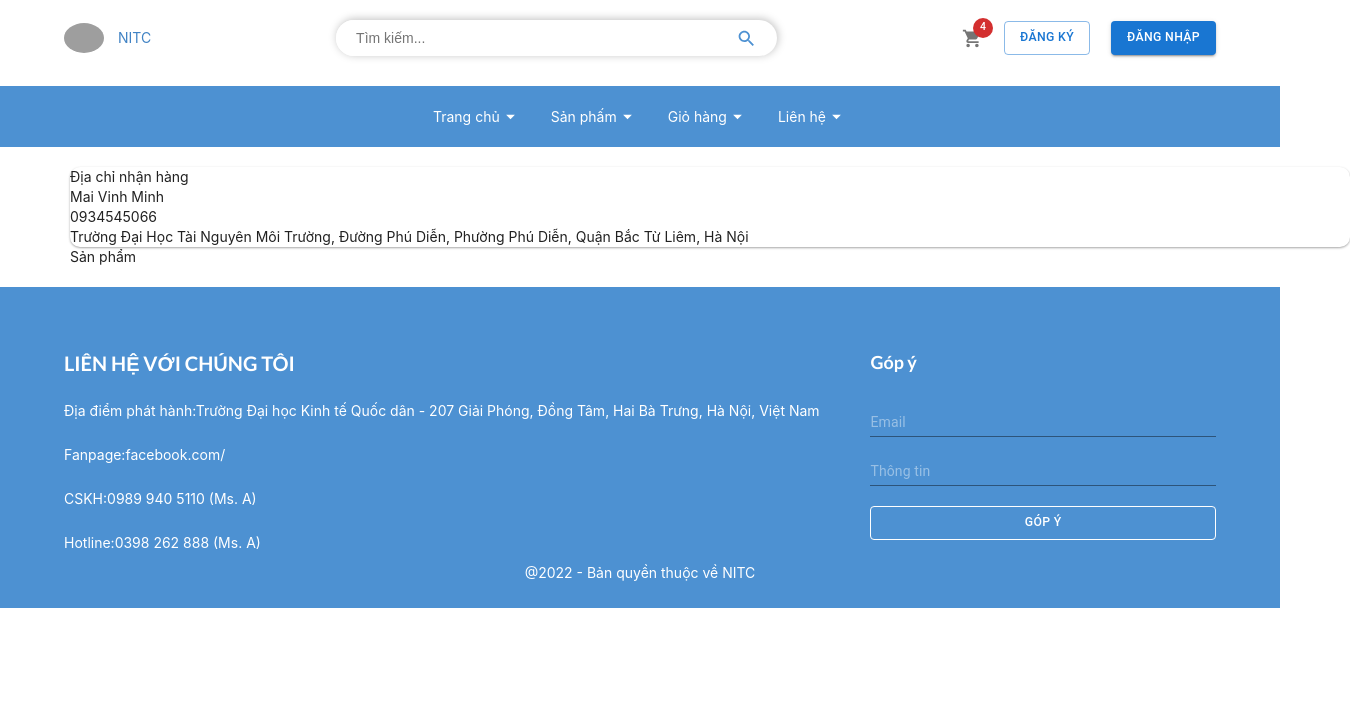
Repository: kohuyso/NEU-Market
Page: /payment (app in client/)
These files come from the project's save history. The page is drawn as it stood at one moment and after the next save; the edit follows.
The browser window is 1280 px wide. The page is 1350 px wide, so the pictures cover 1350 px, including what lies to the right of the window. The pictures show the whole page.
Pictures or frames that could not be fetched are drawn as grey boxes. The project was rebuilt for these pictures with package versions that can differ from the ones it lists, and the page was loaded fresh each time. Also part of the build but not shown: client/src/components/Cart/Cart.css, client/src/components/Cart/Items.jsx, client/src/components/Cart/Carts.jsx, client/src/components/Cart/Cart.js, client/src/components/Home/Home.css, client/src/components/Item/Item.css, client/src/components/Item/Item.jsx, client/src/components/Home/HotDeals.jsx and 70 more.

Above is the page before, as saved 2023-02-11 17:25:54.

After the next save:
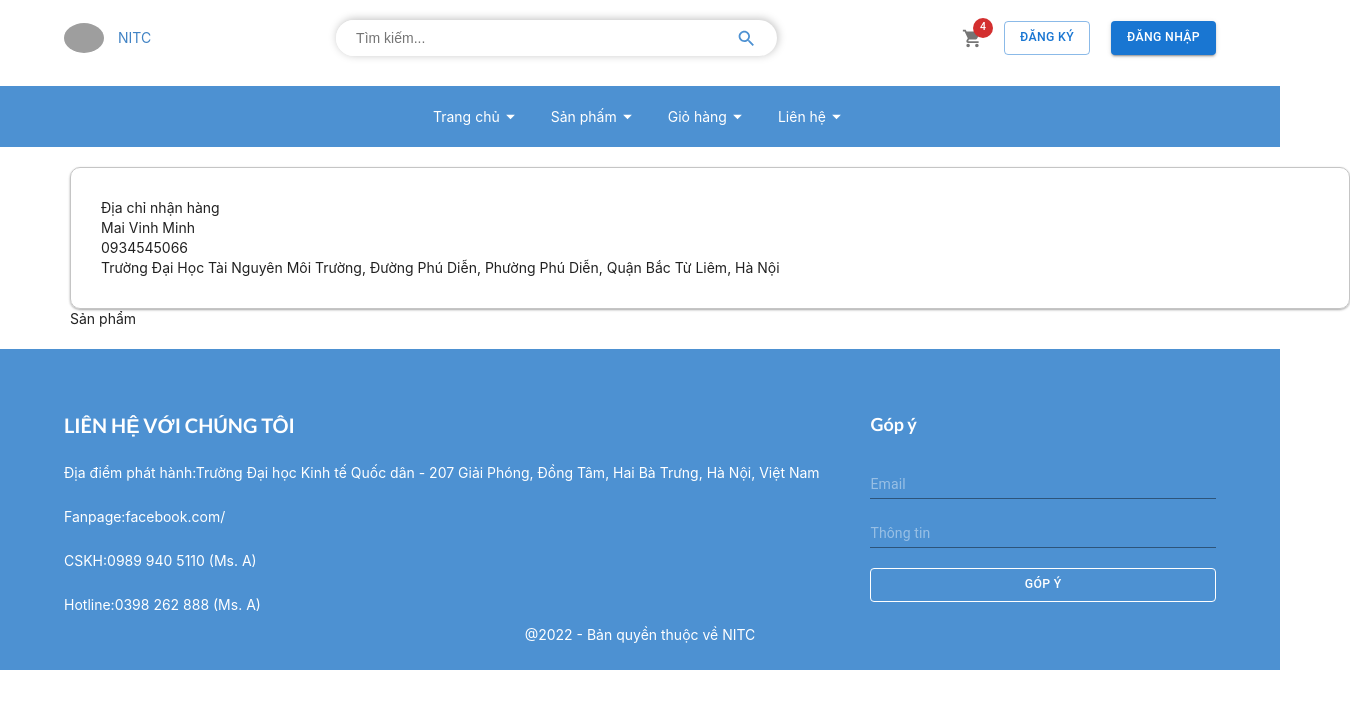
Saved 15 s later.
--- a/client/src/components/Payment/Payment.css
+++ b/client/src/components/Payment/Payment.css
@@ -13,8 +13,8 @@
     width: 100%;
     display: flex;
     flex-direction: column;
-    /* padding: 30px;
-    /* border: 1px solid #c5c5c5; */
+    padding: 30px;
+    border: 1px solid #c5c5c5;
     box-shadow: 0 1px 3px rgba(0,0,0,0.12), 0 1px 2px rgba(0,0,0,0.24);
-    border-radius: 10px; */
+    border-radius: 10px;
 }
